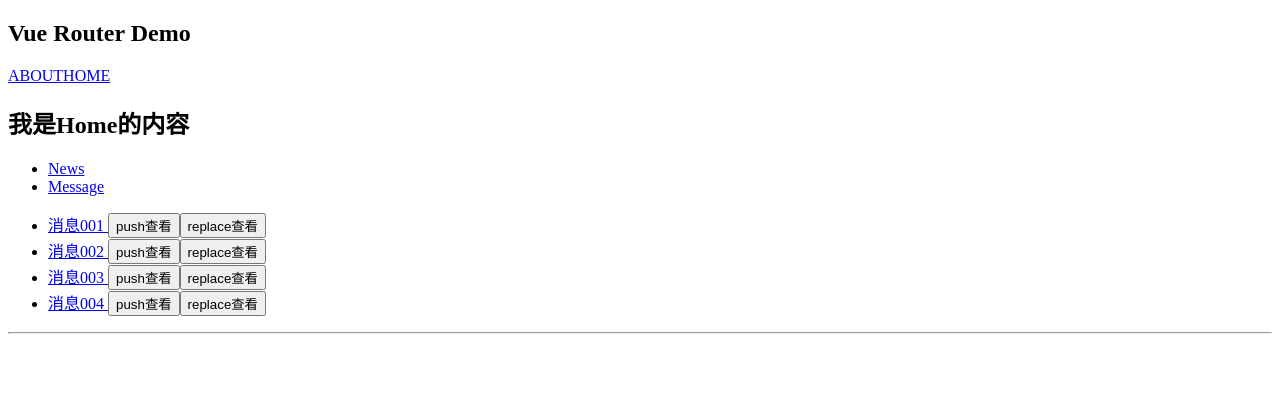
Repository: 13067902180/vue2.0study
Page: /#/home/message
The author's editor kept a copy of each file at every save. The page is drawn from the files as they stood at one save, then again after the next save.
The browser window is 1280 px wide. The pictures show the whole page.
The project was rebuilt for these pictures with package versions that can differ from the ones it lists, and the page was loaded fresh each time. Also part of the build but not shown: vue.config.js, src/pages/About.vue, src/pages/News.vue, src/pages/Detail.vue.

Above is the page before, as saved 2023-03-07 10:59:25.

After the next save:
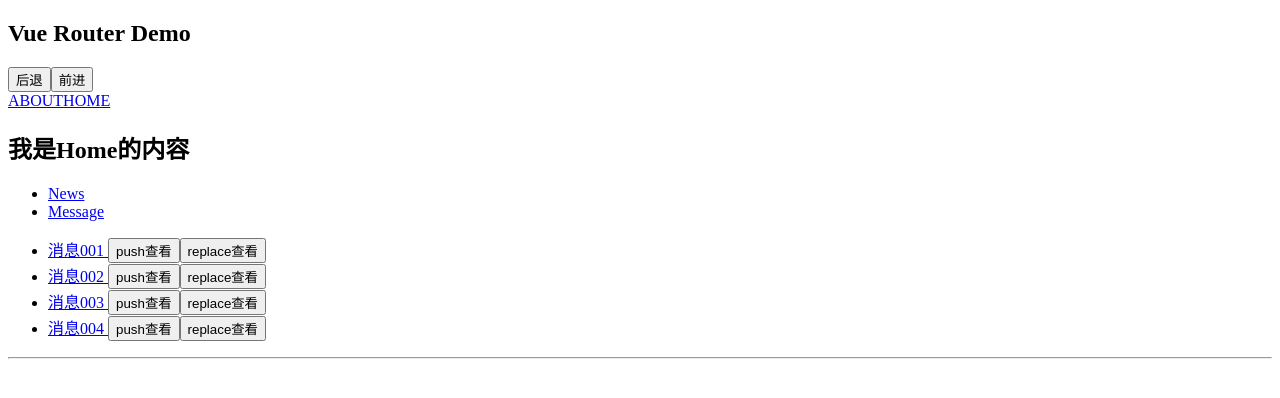
Saved 45 s later.
--- a/src/components/Banner.vue
+++ b/src/components/Banner.vue
@@ -1,6 +1,9 @@
 <template>
   <div class="col-xs-offset-2 col-xs-8">
-    <div class="page-header"><h2>Vue Router Demo</h2></div>
+    <div class="page-header">
+      <h2>Vue Router Demo</h2>
+      <button>后退</button><button>前进</button>
+    </div>
   </div>
 </template>
 
